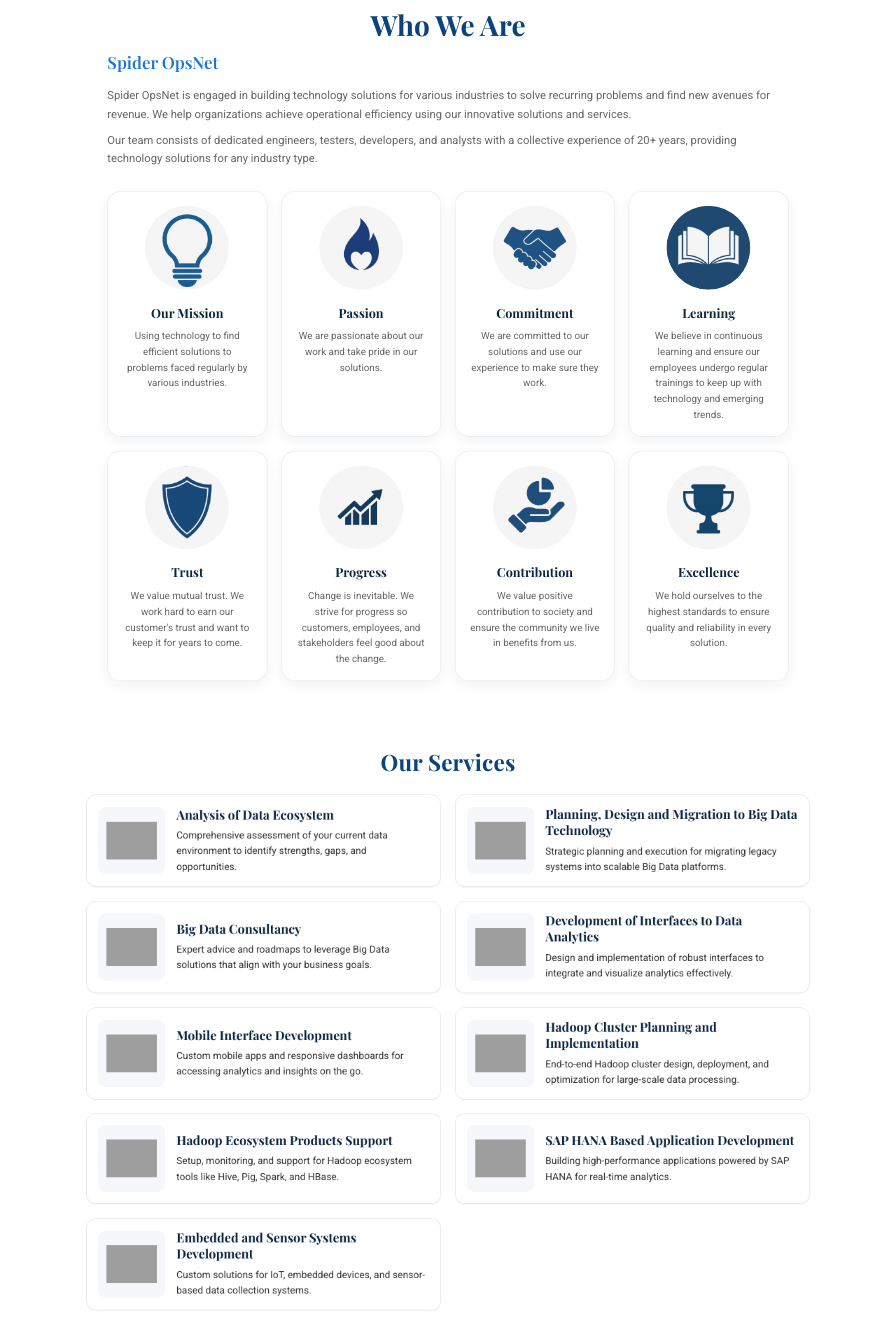
Repository: Yeshwanth-189/spiderOpsNet
Page: / (app in spideropsnet-frontend/)
These files come from the project's save history. The page is drawn as it stood at one moment and after the next save; the edit follows.
The browser window is 1280 px wide. The pictures show the part of the page from y = 807 to 2727 px (the page is 2727 px tall), at 70% of full size.
Pictures or frames that could not be fetched are drawn as grey boxes. The project was rebuilt for these pictures with package versions that can differ from the ones it lists, and the page was loaded fresh each time. Also part of the build but not shown: spideropsnet-frontend/vite.config.js.

Above is the page before, as saved 2025-09-04 19:19:34.

After the next save:
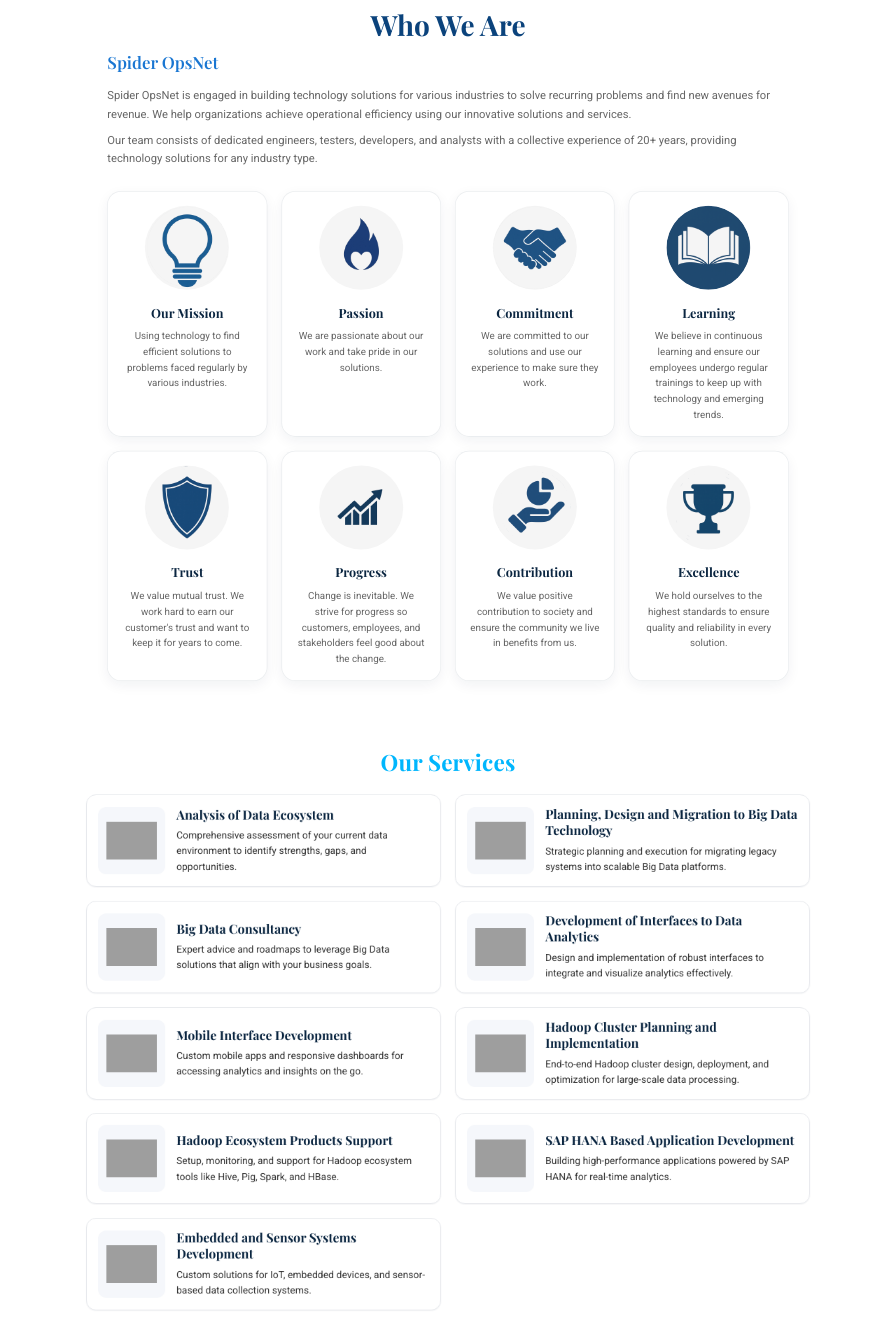
Saved 48 s later.
--- a/spideropsnet-frontend/src/styles/Services.css
+++ b/spideropsnet-frontend/src/styles/Services.css
@@ -28,6 +28,7 @@
   line-height: 1.2;
   text-align: center;
   margin: 0 0 28px 0;
+  color: var(--color-secondary);
   letter-spacing: 0.3px;
 }
 

After the save that followed:
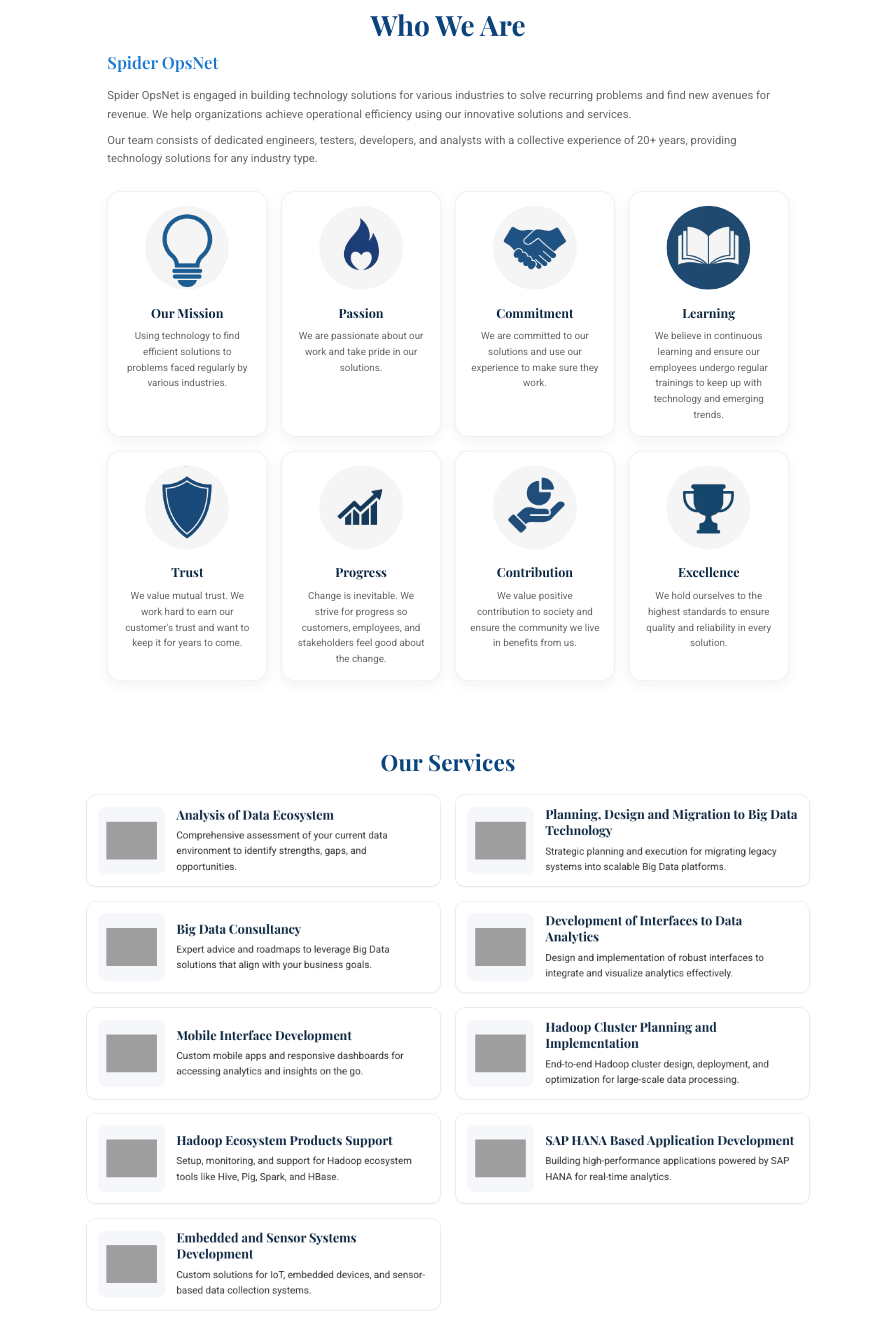
Saved 9 s later.
--- a/spideropsnet-frontend/src/styles/Services.css
+++ b/spideropsnet-frontend/src/styles/Services.css
@@ -28,7 +28,7 @@
   line-height: 1.2;
   text-align: center;
   margin: 0 0 28px 0;
-  color: var(--color-secondary);
+
   letter-spacing: 0.3px;
 }
 
